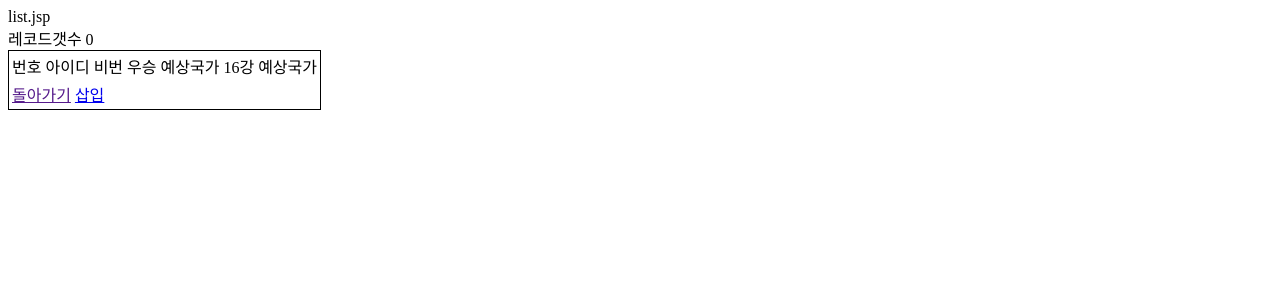
Repository: ChanhoPark-s/academyStudy
Page: http://localhost/12_DB_Football/list
An editor plug-in stored every save of this project. The page is shown before and after the next save, followed by the edit.
The browser window is 1280 px wide. The pictures show the whole page.
The page is served by Tomcat 9. Other server files are loaded and not shown. Queries for data that is not in the repository find no rows.

Above is the page before, as saved 2022-08-22 05:36:32.

### 12_DB_Football/src/main/webapp/WEB-INF/views/list.jsp
<%@ page language="java" contentType="text/html; charset=UTF-8"
    pageEncoding="UTF-8"%>
<%@ taglib prefix="c" uri="http://java.sun.com/jsp/jstl/core" %>
<%@ taglib prefix="fn" uri="http://java.sun.com/jsp/jstl/functions" %>


    list.jsp<br>

    레코드갯수 ${fn:length(lists) }
    <table style="border: 1px solid ">
    	<tr>
    		<td>번호</td>
    		<td>아이디</td>
    		<td>비번</td>
    		<td>우승 예상국가</td>
    		<td>16강 예상국가</td>
    	</tr>
    	<c:forEach var="f" items="${lists }">
    	<tr>
    		<td>${f.num}</td>
    		<td><a href="updateForm?num=${f.num }">${f.id}</a></td>
    		<td>${f.pw}</td>
    		<td>${f.win}</td>
    		<td>${f.round16}</td>
    	</tr>
    	</c:forEach>
    	<tr>
    		<td colspan="5">
    			<a href="">돌아가기</a>
    			<a href="form">삽입</a>
    		</td>
    	</tr>
    </table>

### 12_DB_Football/src/main/java/com/spring/ex/command/ListCommand.java
package com.spring.ex.command;

import java.util.ArrayList;

import org.springframework.ui.Model;

import com.spring.ex.dao.footBallDao;
import com.spring.ex.dto.footBallDto;

public class ListCommand implements pCommand{

	@Override
	public void execute(Model model) {

		footBallDao f = footBallDao.getInstance();
		ArrayList<footBallDto> lists =  f.getAllData();

		model.addAttribute("lists",lists);

	}

}

### 12_DB_Football/src/main/java/com/spring/ex/dao/footBallDao.java
package com.spring.ex.dao;

import java.sql.Connection;
import java.sql.DriverManager;
import java.sql.PreparedStatement;
import java.sql.ResultSet;
import java.sql.SQLException;
import java.util.ArrayList;

import com.spring.ex.dto.footBallDto;

public class footBallDao {
	String driver = "oracle.jdbc.driver.OracleDriver";
	String url = "jdbc:oracle:thin:@localhost:1521:orcl";
	String id = "jspid";
	String pw = "jsppw";
	Connection  conn = null;
	PreparedStatement  ps =null;
	ResultSet  rs = null;

	private static footBallDao instance;

	private footBallDao(){
	    try {
	       Class.forName(driver);
	       conn = DriverManager.getConnection(url, id, pw);
	       System.out.println("연결 성공");
	    } catch (ClassNotFoundException | SQLException e) {
	       System.out.println("연결 실패");
	    }
	 }//

	public static footBallDao getInstance() {
		if(instance==null) {
			instance = new footBallDao();
		}
		return instance;
	}
//==================================================================================================

	public ArrayList<footBallDto> getAllData(){

		ArrayList<footBallDto> lists = new ArrayList<footBallDto>();

		String sql = "select * from football order by num";

		try {
			ps = conn.prepareStatement(sql);

			rs= ps.executeQuery();

			while(rs.next()) {
				footBallDto f = new footBallDto();

				f.setNum(rs.getInt("num"));
				f.setId(rs.getString("id"));
				f.setPw(rs.getString("pw"));
				f.setWin(rs.getString("win"));
				f.setRound16(rs.getString("round16"));

				lists.add(f);
			}

		} catch (SQLException e) {
			System.out.println("getAllData sql error");
		} finally {
			try {
				if (ps != null)
					ps.close();
			} catch (SQLException e) {
				System.out.println("close error");
			}
		}

		return lists;
	}

//==================================================================================================
	public void writeData(String id, String pw,String win,String round) {

		String sql = "insert into football values(fb_seq.nextval,?,?,?,?)";

		try {
			ps = conn.prepareStatement(sql);

			ps.setString(1, id);
			ps.setString(2, pw);
			ps.setString(3, win);
			ps.setString(4, round);

			ps.executeUpdate();

		} catch (SQLException e) {
			System.out.println("writeData sql error");
		} finally {
			try {
				if (ps != null)
					ps.close();
			} catch (SQLException e) {
				System.out.println("close error");
			}
		}

	}//writeData
//==================================================================================================
}

After the next save:
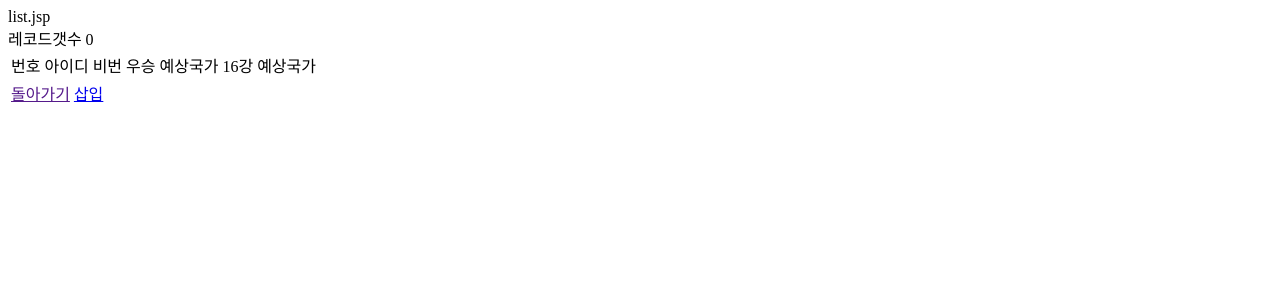
Saved 12 s later.
--- a/12_DB_Football/src/main/webapp/WEB-INF/views/list.jsp
+++ b/12_DB_Football/src/main/webapp/WEB-INF/views/list.jsp
@@ -7,7 +7,7 @@
     list.jsp<br>
 
     레코드갯수 ${fn:length(lists) }
-    <table style="border: 1px solid ">
+    <table style="border: 1px ">
     	<tr>
     		<td>번호</td>
     		<td>아이디</td>
